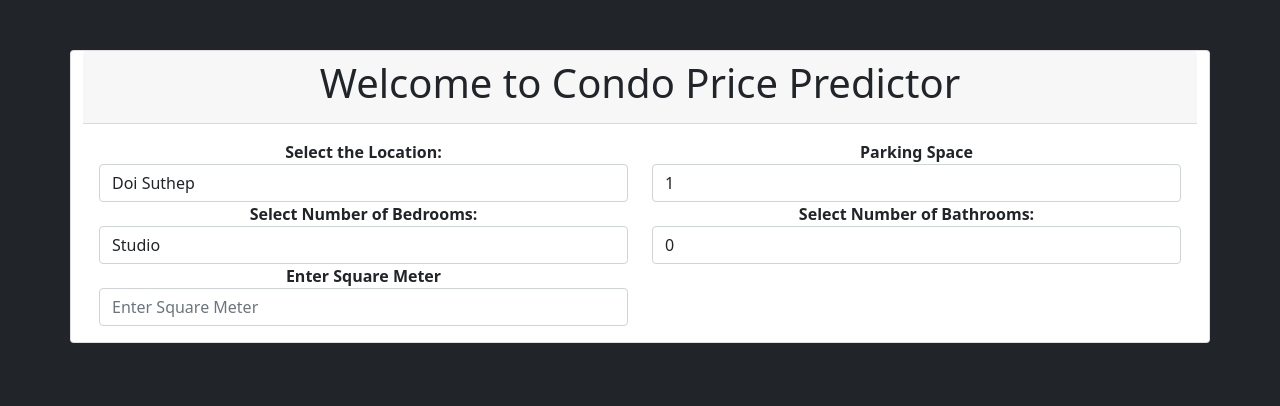
Repository: myothida/condoprice_CNX
Page: http://localhost/
The author's editor kept a copy of each file at every save. The page is drawn from the files as they stood at one save, then again after the next save.
The browser window is 1280 px wide. The pictures show the whole page.
The page is served by the project's application, run on Flask 3 (main.py).

Above is the page before, as saved 2023-09-26 22:07:23.

After the next save:
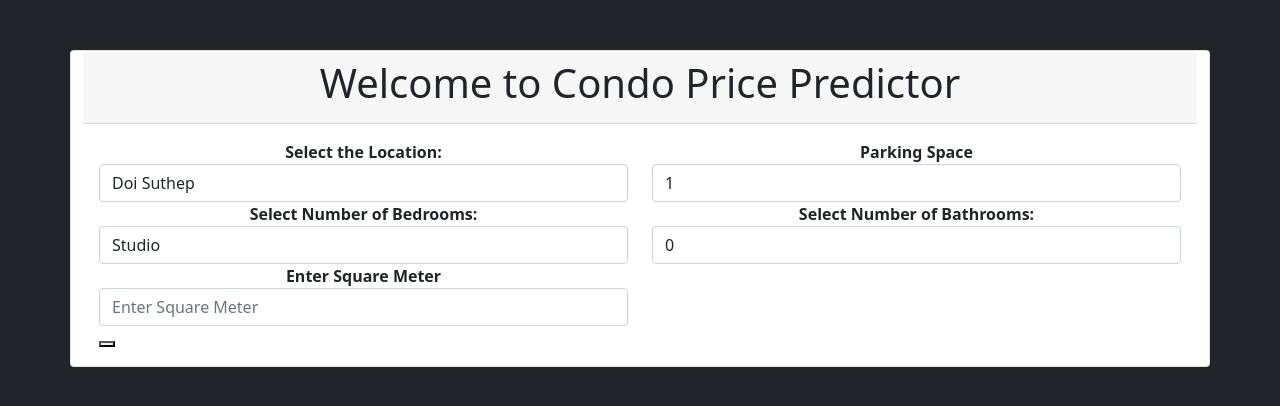
Saved 61 s later.
--- a/templates/index.html
+++ b/templates/index.html
@@ -90,6 +90,9 @@
                     placeholder="Enter Square Meter"
                   />
                 </div>
+                <div class="col-md-12 form-group" style="">
+                  <button>
+                </div>
               </div>
             </form>
           </div>
